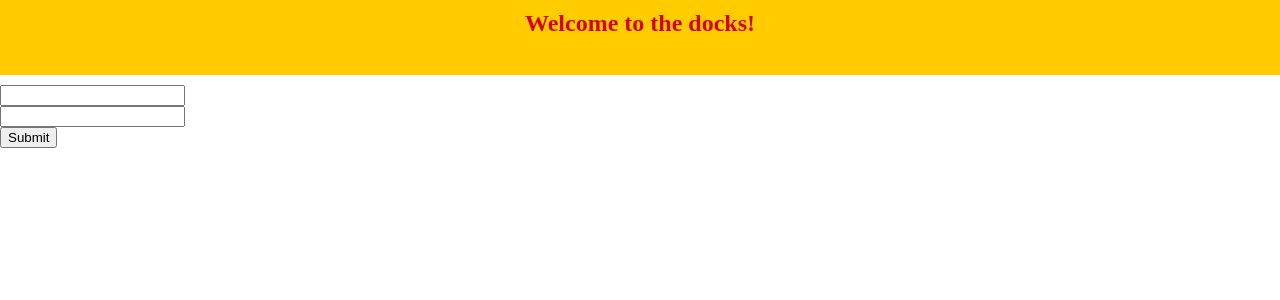
Repository: charliejp0311/java-final-proj
Page: dockWalk-frontend/index.html
These files come from the project's save history. The page is drawn as it stood at one moment and after the next save; the edit follows.
The browser window is 1280 px wide. The pictures show the whole page.
The page's requests for data from a server got no answer.

Above is the page before, as saved 2020-09-02 10:09:35.

### dockWalk-frontend/index.html
<!DOCTYPE html>
<html lang="en" dir="ltr">
    <head>
        <meta charset="utf-8">
        <link rel="stylesheet" href="style.css">
        <title>Dock Walk</title>
    </head>
    <body>
        <header>
            <h2>Welcome to the docks!</h2>
        </header>
        <main id="dock">

        </main>
    </body>
    <script type="application/javascript" src="src/index.js" charset="UTF-8"></script>
    <script type="application/javascript" src="src/user.js" charset="UTF-8"></script>
    <script type="application/javascript" src="src/dock.js" charset="UTF-8"></script>
    <script type="application/javascript" src="src/door_ranges.js" charset="UTF-8"></script>
    <script type="application/javascript" src="src/door.js" charset="UTF-8"></script>
</html>

### dockWalk-frontend/style.css
body {
    margin: 0;
    padding: 0;
}

header {
    background-color: #FFCC00;
    color: #D40511;
    text-align: center;
    margin: 0 auto;
    height: 75px;
}

header h2 {
    padding: 10px;
    margin: 0;
}

main {
    display: grid;
    grid-template-columns: 1fr;
    grid-template-rows: auto;
    grid-gap: 20px;
    padding-top: 10px;
    padding-bottom: 30px;
}

div.card {
    background-color: #eeeeee;
    height: 350px;
    width: 300px;
    box-shadow: 10px 10px grey;
    padding: 10px;
    border-radius: 10px;
}

p {
    font-size: .75em;
    color: black;
    font-family: Helvetica;
}
ul {
    padding: 20px;
}

li {
    font-size: 1.05em;
    list-style: none;
    padding-right: 20px;
    text-align: center;
}

button {
    font-size: 1em;
    color: #FFCC00;
    background-color: #D40511;
    border-radius: 10px;
    padding-bottom: 5px;
}

button.release {
    float: right;
    background-color: #E1332D;
}

@media only screen and (min-width: 500px) {
    main {
        grid-template-columns: 1fr 1fr;
    }
}

@media only screen and (min-width: 850px) {
    main {
        grid-template-columns: 1fr 1fr 1fr 1fr;
    }
}

### dockWalk-frontend/src/index.js
document.addEventListener("DOMContentLoaded", function () {
    let h = document.getElementsByTagName('header')[0]
    displayLogin();
    fetchDocks();

});

### dockWalk-frontend/src/user.js
class User{
    constructor(name,password,user_type){
        this.name = name
        this.password = password
        this.user_type = user_type
    }
}

let displayLogin = () =>{
    let body = document.getElementById('dock')
    let frm = document.createElement('form')
    let name = document.createElement('input')
    let pass = document.createElement('input')
    let submit = document.createElement('input')
    name.type = 'text'
    name.value = 'Name'
    frm.appendChild(name)
    frm.innerHTML += '<br>'
    pass.type = 'password'
    pass.value = 'Password'
    frm.appendChild(pass)
    frm.innerHTML += '<br>'
    submit.type = 'submit'
    frm.appendChild(submit)
    body.appendChild(frm)

}

let submitData = (name, email) => {
    let formData = {
        name: name,
        email: email
    }
    let configObj = {
        method: "post",
        headers: {
            "Content-Type": "application/json",
            "Accept": "application/json"
        },
        body: JSON.stringify(formData)
    };


    return fetch('http://localhost:3000/users', configObj)
        .then(resp => resp.json())
        .then(json => {
            document.body.append(json.id);
        })
        .catch(function (error) {
            if (error.code = '401') {
                document.body.append('Unauthorized Access')
                alert('Unauthorized Access');
            }
        });

};

### dockWalk-frontend/src/dock.js
class Dock {
    constructor(section) {
        this.section = section;
    }
}

//making an empty array of docks to store js dock obj's in thought is to get all the objects and store them in an array
const dks = [];
//playing to see what the data looks like
const ranges = [];
///playing more
const drs = [];

let displayDocks = (docks) => {
    let d = docks.data
    let inc = docks.included
    let rngs = inc.filter(rng => rng.type === 'door_range')
    let ports = inc.filter(prt => prt.type === 'door')
    //docks
    for (const section of d) {
        dks.push(new Dock(section.attributes.section))
        let sectionsRanges = rngs.filter(rng => rng.relationships.dock.data.id === section.id)
        //ranges
        for (const range of sectionsRanges) {
            ranges.push(new Range(
                section.attributes.section,
                range.attributes.range,
                range.attributes.racks
                ))
        let prts = ports.filter(prt => prt.relationships.door_range.data.id === range.id)
            //doors
        for (const p of prts) {
            drs.push(new Door(
                p.attributes.id,
                section.attributes.section,
                range.attributes.range,
                p.attributes.racks,
                p.attributes.number,
                p.attributes.stage,
                p.attributes.serviceable,
                p.attributes.service_comments,
                p.attributes.inbound_available,
                p.attributes.inbound_present,
                p.attributes.outbound_available,
                p.attributes.outbound_present
                ))
            }
        }
        let thisDocksRanges = ranges.filter(range => range.section === section.attributes.section)
        if (thisDocksRanges) {
            dockCard(section, thisDocksRanges)
        }
    }
}

let dockCard = (sec, ranges) => {
    let body = document.getElementById('dock')
    let div = document.createElement('div')
    div.className = 'card'
    div.id = sec.id
    div.addEventListener('click', (e) => {
        if (e.target.className === 'card') {
            // debugger;
            displaySec(dks[e.target.id - 1])
        }
    })
    div.innerText = sec.attributes.section
    let ul = document.createElement('ul')
    ul.innerText = "Door Ranges"
    for (const rng of ranges) {
        let li = document.createElement('li')
        // li.addEventListener('click',rangeClick())
        if (rng.range) {
            li.innerText = rng.range
        } else {
            li.innerText = rng.attributes.range
        }
        ul.appendChild(li)
    }
    div.appendChild(ul)
    body.appendChild(div)
}



let displaySec = (section) => {
    let h2 = document.getElementsByTagName('h2')[0]
    h2.innerText = `${section.section} - Door Ranges`
    let dock = document.getElementById('dock')
    dock.innerText = ""
    let tsr = ranges.filter(rng=>rng.section===section.section)
    for (const rng of tsr) {
        let div = document.createElement('div')
        div.className = 'card'
        div.innerText = rng.range
        div.addEventListener('click',(e)=>{
            displayRange(e.target.innerText.split('\n')[0])
        })
        let ul = document.createElement('ul')
        let trd = drs.filter(dr=>dr.range === rng.range)
        for (const dr of trd) {
            let li = document.createElement('li')
            li.innerText = `${dr.number} - serviceable ~ ${dr.serviceable}`
            ul.appendChild(li)
        }
        div.appendChild(ul)
        dock.appendChild(div)
    }
}


let fetchDocks = () => {
    return fetch('http://localhost:3000/docks')
        .then(resp => resp.json())
        .then(json => displayDocks(json))
}

### dockWalk-frontend/src/door_ranges.js
class Range extends Dock {
    constructor(dock, range) {
        super(dock)
        this.range = range
    }
}

let displayRange = (range) =>{
    let h2 = document.getElementsByTagName('h2')[0]
    h2.innerText = `${range} `
    let body = document.getElementById('dock')
    body.innerHTML = ""
    let trd = drs.filter(dr=>dr.range === range)
    for (const dr of trd) {
        let div = document.createElement('div')
        div.className = 'card'
        div.innerText = dr.number
        for (const key in dr) {
            let p = document.createElement('p')
            let element = dr[key];
            switch (key) {
                case "id":
                    break;
                case "number":
                    break;
                case 's_comments':
                    if (!dr.serviceable) {
                        p.innerText = `${key} ~ ${element}`
                        div.appendChild(p)
                    }
                    break;
                default:
                    p.innerText = `${key} ~ ${element}`
                    div.appendChild(p)
                    break;
            }

        }
        div.addEventListener("click", (e)=>{ displayDoor(dr)})
        body.appendChild(div)
    }
}

### dockWalk-frontend/src/door.js
class Door extends Range {
    constructor(id, dock, range, racks, number, stage, serviceable, s_comments, inbound_available, inbound_present, outbound_available, outbound_present) {
        super(dock, range)
        this.id = id
        this.number = number
        this.racks = racks
        this.stage = stage
        this.serviceable = serviceable
        this.s_comments = s_comments
        this.inbound_present = inbound_present
        this.inbound_available = inbound_available
        this.outbound_present = outbound_present
        this.outbound_available  = outbound_available
    }
}

let displayDoor = (door)=>{
    let h2 = document.getElementsByTagName('h2')[0]
    h2.innerText = `${door.number} ~ ${door.range} ~ ${door.section}`
    let body = document.getElementById('dock')
    body.innerHTML = ""
    let div = document.createElement('div')
    div.className = 'card'
    div.innerText = door.number
    let frm = doorCard(door)
    div.appendChild(frm)
    body.appendChild(div)
    ///need to set checks here for anything that is true
    for (const key in door) {
        if (door.hasOwnProperty(key)) {
            const element = door[key];
            if (element === true) {
                document.querySelector(`#${key}`).checked = true
            }
        }
    }
}

let doorCard = (door) => {
    if (door.serviceable) {
        let form = document.createElement('form')
        let comments = document.createElement('input')
        comments.type = "text"
        form.htmlFor = door
        form.id = door.id
        for (const key in door) {
            const element = door[key];
            let checkBox = document.createElement('input')
            checkBox.type = 'checkbox'
            let lbl = document.createElement('label')
            switch (key) {
                case 'section':
                    break;
                case 'range':
                    break;
                case 'number':
                    break;
                case 's_comments':
                    if (element !== '' ) {
                        lbl.innerText = `${element}`
                        form.appendChild(lbl)
                        form.innerHTML += '<br>'
                    } else if(door.serviceable === false){
                        lbl.innerText = `${key} ~`
                        form.appendChild(lbl)
                        form.innerHTML += '<br>'
                        let comments = document.createElement('input')
                        comments.type = 'text'
                        form.appendChild(comments)
                        form.innerHTML += '<br>'
                    }
                break;
                case 'id':
                break;
                default :
                    lbl.innerText = key
                    if (element===true) {
                        checkBox.click()
                    }
                    checkBox.id = key
                    form.appendChild(lbl)
                    form.appendChild(checkBox)
                    // checkBox.checked = element

                    form.innerHTML += '<br>'
                break;
            }
        }
        let submit = document.createElement('input')
        submit.type = 'submit'
        submit.addEventListener('click', (e)=>{
            let formElmnts = e.target.parentNode.children
            debugger;
        })
        form.appendChild(submit)
        return form;
    }
}

After the next save:
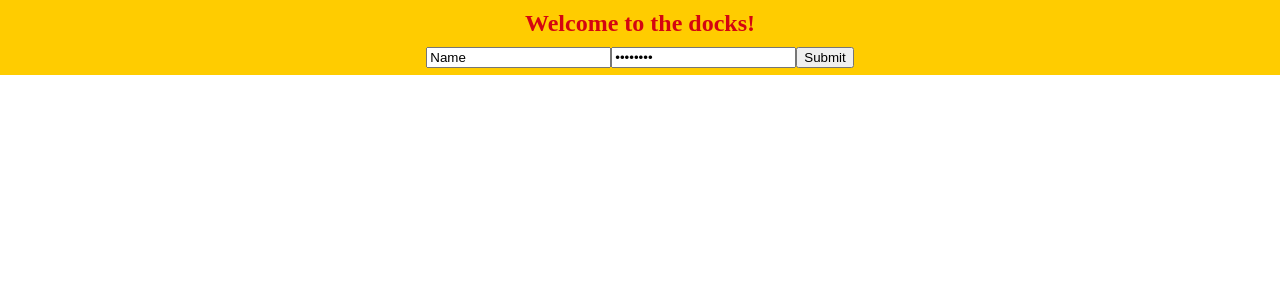
Saved 99 s later.
--- a/dockWalk-frontend/src/user.js
+++ b/dockWalk-frontend/src/user.js
@@ -7,7 +7,7 @@ class User{
 }
 
 let displayLogin = () =>{
-    let body = document.getElementById('dock')
+    let head = document.getElementsByTagName('header')[0]
     let frm = document.createElement('form')
     let name = document.createElement('input')
     let pass = document.createElement('input')
@@ -15,14 +15,14 @@ let displayLogin = () =>{
     name.type = 'text'
     name.value = 'Name'
     frm.appendChild(name)
-    frm.innerHTML += '<br>'
+    // frm.innerHTML += '<br>'
     pass.type = 'password'
     pass.value = 'Password'
     frm.appendChild(pass)
-    frm.innerHTML += '<br>'
+    // frm.innerHTML += '<br>'
     submit.type = 'submit'
     frm.appendChild(submit)
-    body.appendChild(frm)
+    head.appendChild(frm)
 
 }
 
